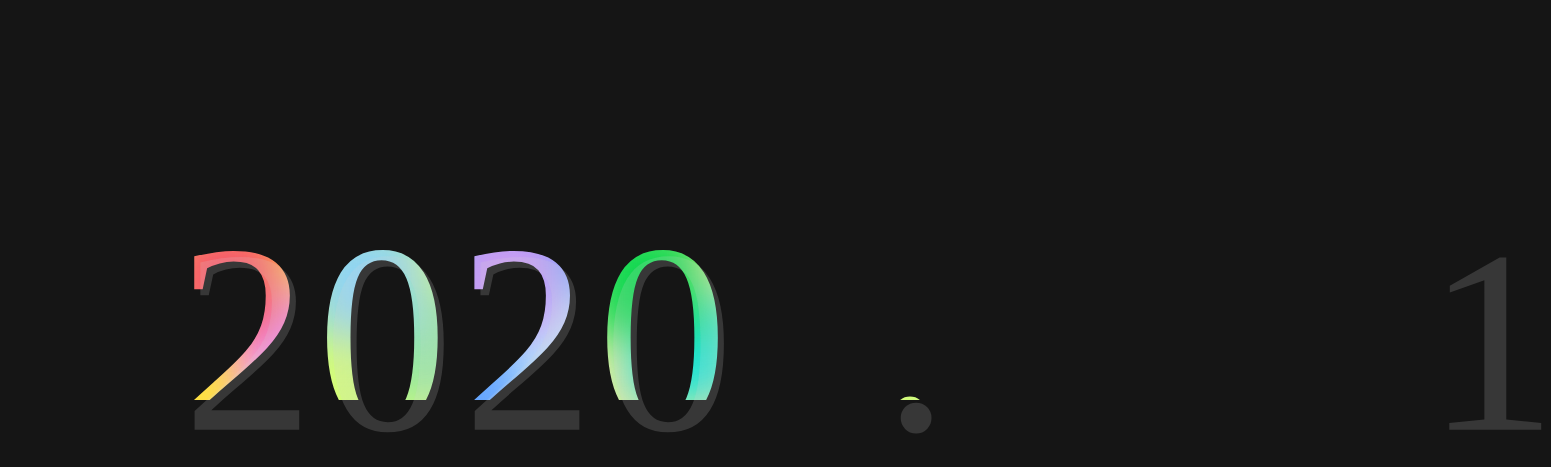
Repository: ramtoppo12/Happy-new-year-2021
Page: index.html
The author's editor kept a copy of each file at every save. The page is drawn from the files as they stood at one save, then again after the next save.
The browser window is 1280 px wide. The page is 1783 px wide, then 1280 px, so the pictures cover 1783 px, including what lies to the right of the window. The pictures show the whole page, at 87% of full size.
Some web fonts or font styles are not loaded; a fallback is used.

Above is the page before, as saved 2020-12-24 23:23:57.

After the next save:
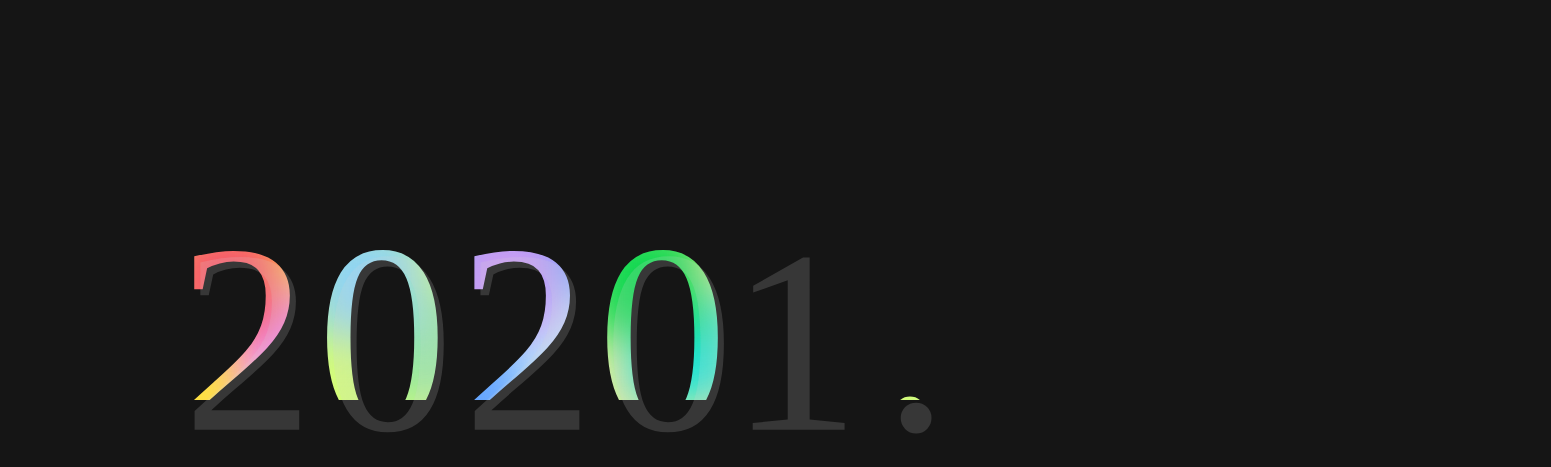
Saved 117 s later.
--- a/style.css
+++ b/style.css
@@ -41,5 +41,5 @@ body {
   background-image: url("data:[embedded picture, 1300 characters]");
 }
 .text-5 {
-  transform: translateX(500%);
+  transform: translateX(-10%);
 }
